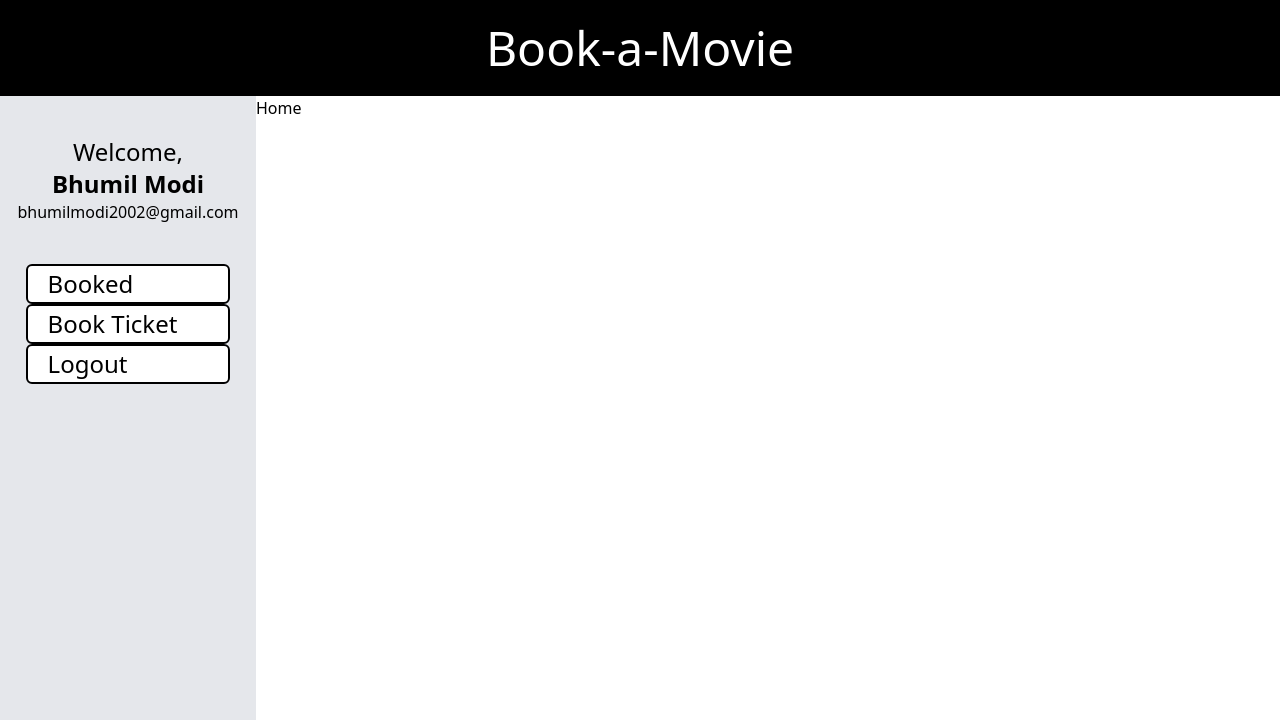
Repository: BhumilModi/movie-booking-app-assignment
Page: /Home
An editor plug-in stored every save of this project. The page is shown before and after the next save, followed by the edit.
The browser window is 1280 px wide. The pictures show the whole page.
The project was rebuilt for these pictures with package versions that can differ from the ones it lists, and the page was loaded fresh each time. Also part of the build but not shown: src/App.css, src/components/Login.jsx, src/components/SignUp.jsx.

Above is the page before, as saved 2022-11-29 19:20:59.

After the next save:
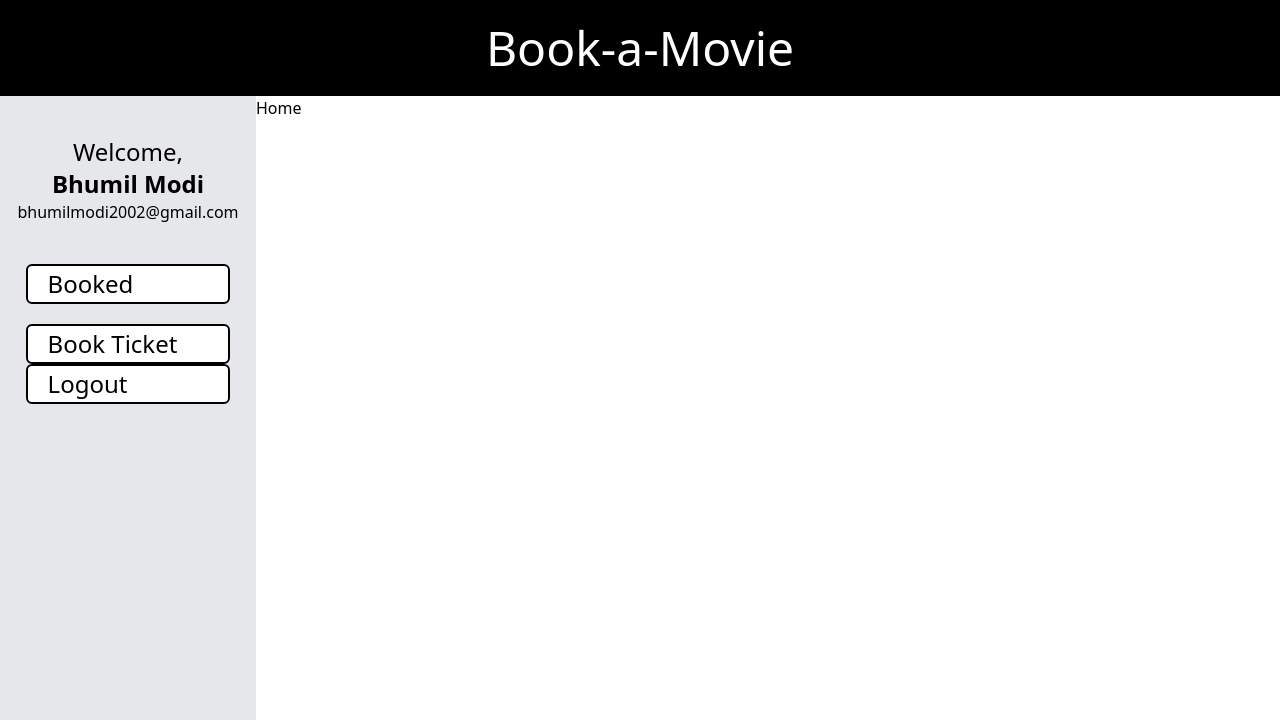
Saved 14 s later.
--- a/src/components/Sidebar.jsx
+++ b/src/components/Sidebar.jsx
@@ -8,7 +8,7 @@ function Sidebar() {
         <div className="text-2xl font-semibold">Bhumil Modi</div>
         <div className="text-md">bhumilmodi2002@gmail.com</div>
       </div>
-      <div className="bg-white w-[80%] mx-auto px-5 h-10 border-black border-2 rounded-md text-[24px]">
+      <div className="bg-white w-[80%] mx-auto px-5 h-10 border-black border-2 rounded-md text-[24px] my-5">
         Booked
       </div>
       <div className="bg-white w-[80%] mx-auto px-5 h-10 border-black border-2 rounded-md text-[24px]">
